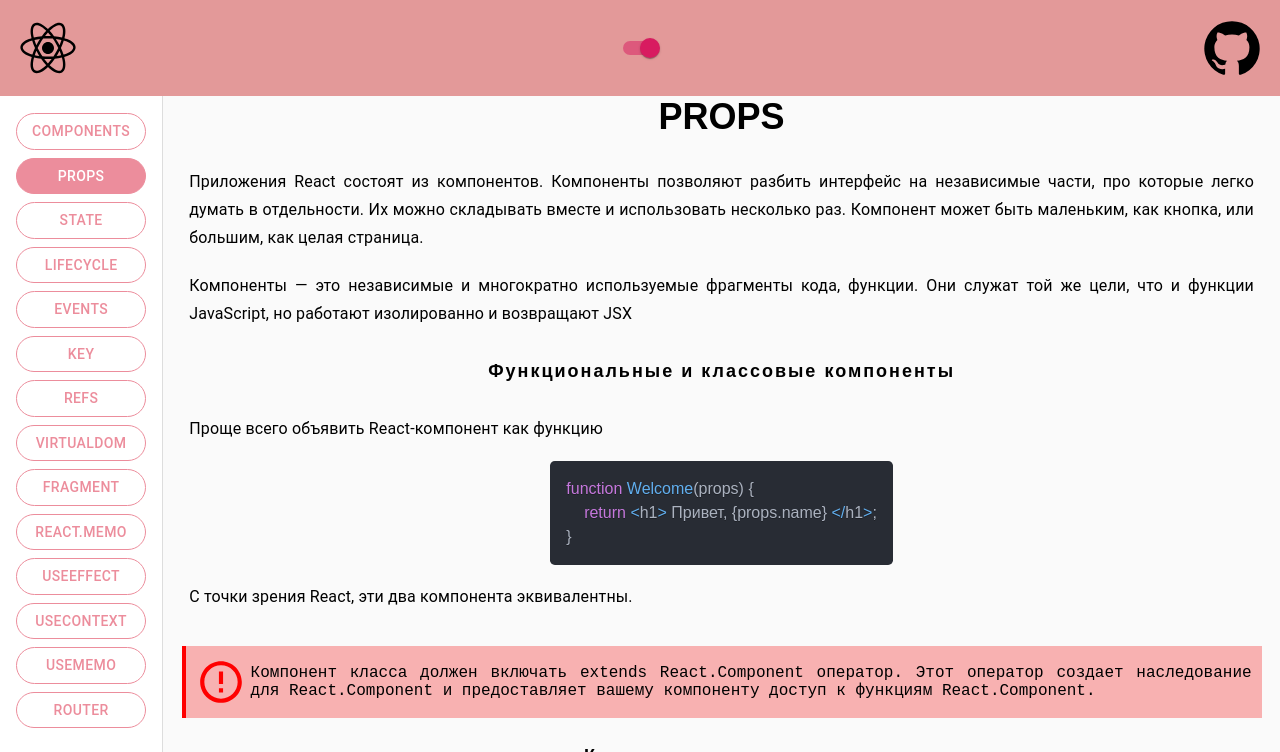
Repository: savannaaaas/reactDocumentation
Page: /topic/props
An editor plug-in stored every save of this project. The page is shown before and after the next save, followed by the edit.
The browser window is 1280 px wide. The pictures show the whole page.
An inner scrolling area shows only its first screen. The project was rebuilt for these pictures with package versions that can differ from the ones it lists, and the page was loaded fresh each time. Also part of the build but not shown: vite.config.js, src/pages/welcomePage/WelcomeButton/WelcomeButton.jsx, src/pages/welcomePage/Content/ContentWelcome.jsx, src/pages/welcomePage/WelcomePage.jsx, src/data/data.js, src/components/CustomTypography/CustomTypography.jsx.

Above is the page before, as saved 2025-07-31 21:28:00.

After the next save:
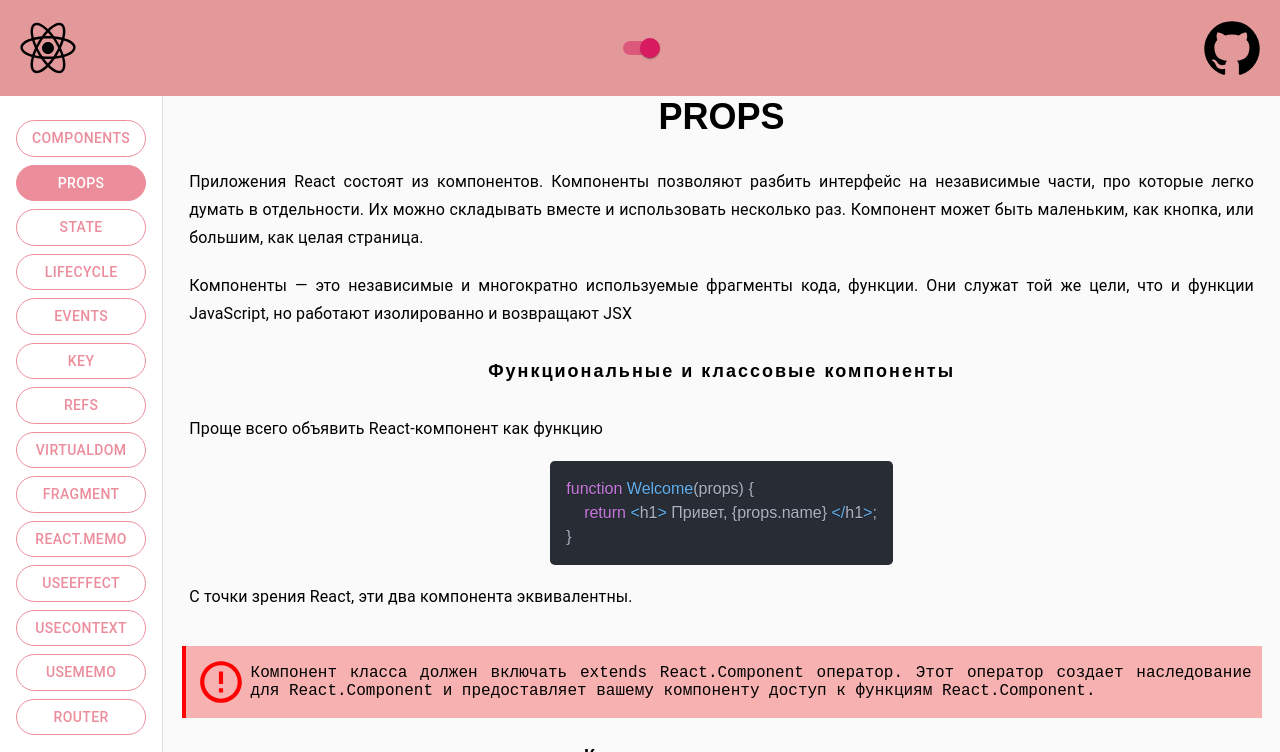
Saved 85 s later.
--- a/src/pages/topicPage/TopicPage.jsx
+++ b/src/pages/topicPage/TopicPage.jsx
@@ -16,10 +16,10 @@
     if (customTypography) {
       customTypography.scrollIntoView({ behavior: "smooth" });
     }
-    const activeElement = document.querySelector(".active");
-    if (activeElement) {
-      activeElement.scrollIntoView({ inline: "center", behavior: "smooth" });
-    }
+    // const activeElement = document.querySelector(".active");
+    // if (activeElement) {
+    //   activeElement.scrollIntoView({ inline: "center", behavior: "smooth" });
+    // }
   }, [location.pathname]);
   return (
     <>
